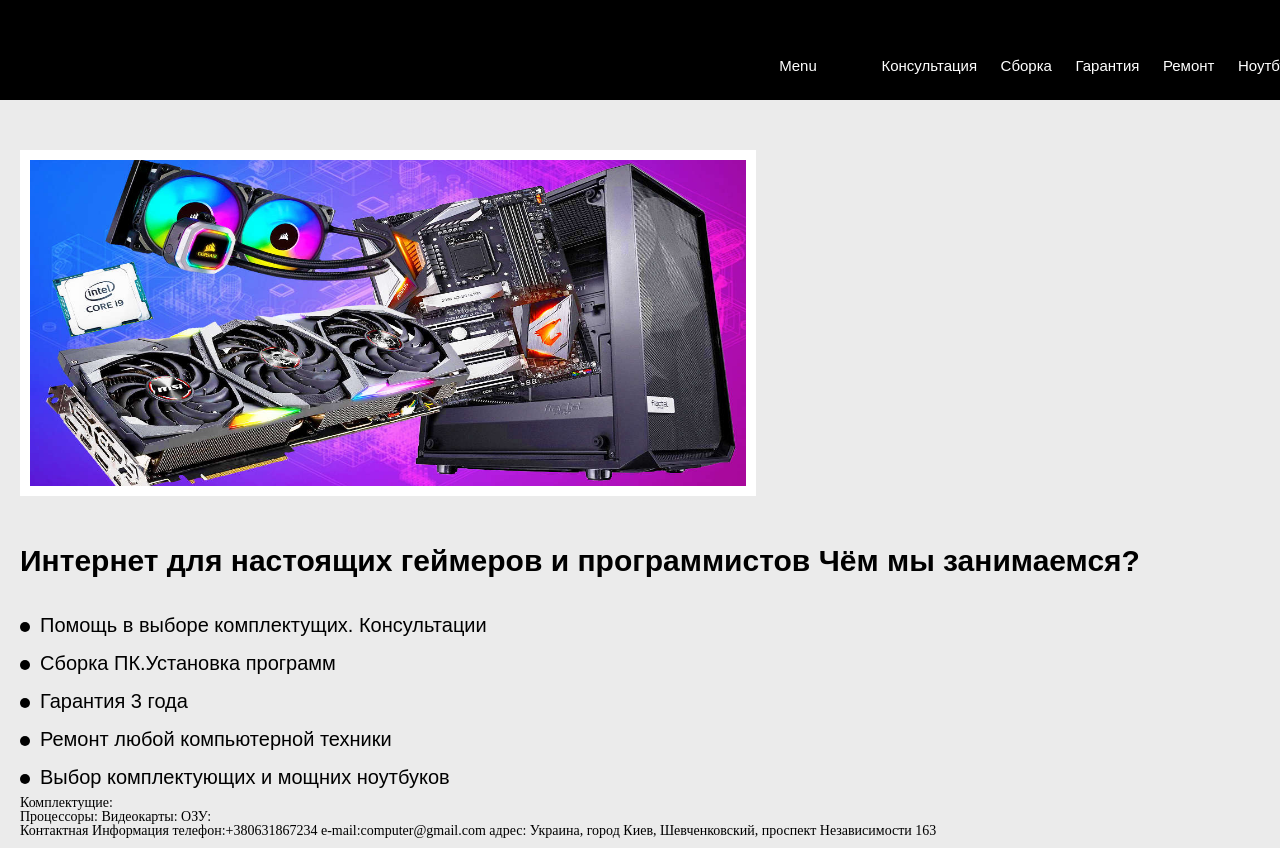
Repository: Bohdan-Sandovenko/First-Project-Flex
Page: index.html
The author's editor kept a copy of each file at every save. The page is drawn from the files as they stood at one save, then again after the next save.
The browser window is 1280 px wide. The pictures show the whole page.
The style sheet was rebuilt from its Sass, Less or Tailwind sources for each picture, by a compiler version that may differ from the author's.

Above is the page before, as saved 2024-07-26 23:51:39.

After the next save:
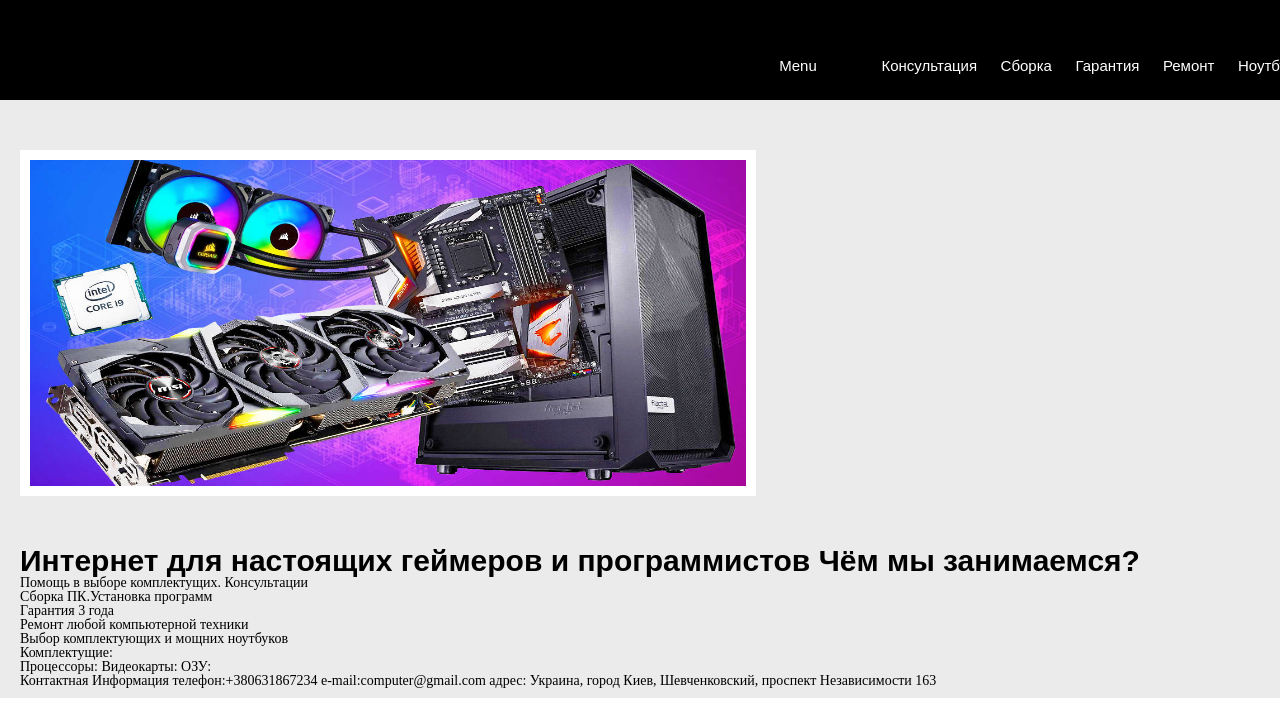
Saved 5 s later.
--- a/index.html
+++ b/index.html
@@ -24,7 +24,7 @@
             </div>
             <span class="content-top-text-inside">Интернет для настоящих геймеров и программистов
             Чём мы занимаемся?</span>
-            <ul class="content-top-list">
+            <ul class="">
                 <li>Помощь в выборе комплектущих. Консультации</li>
                 <li>Сборка ПК.Установка программ</li>
                 <li>Гарантия 3 года</li>

After the save that followed:
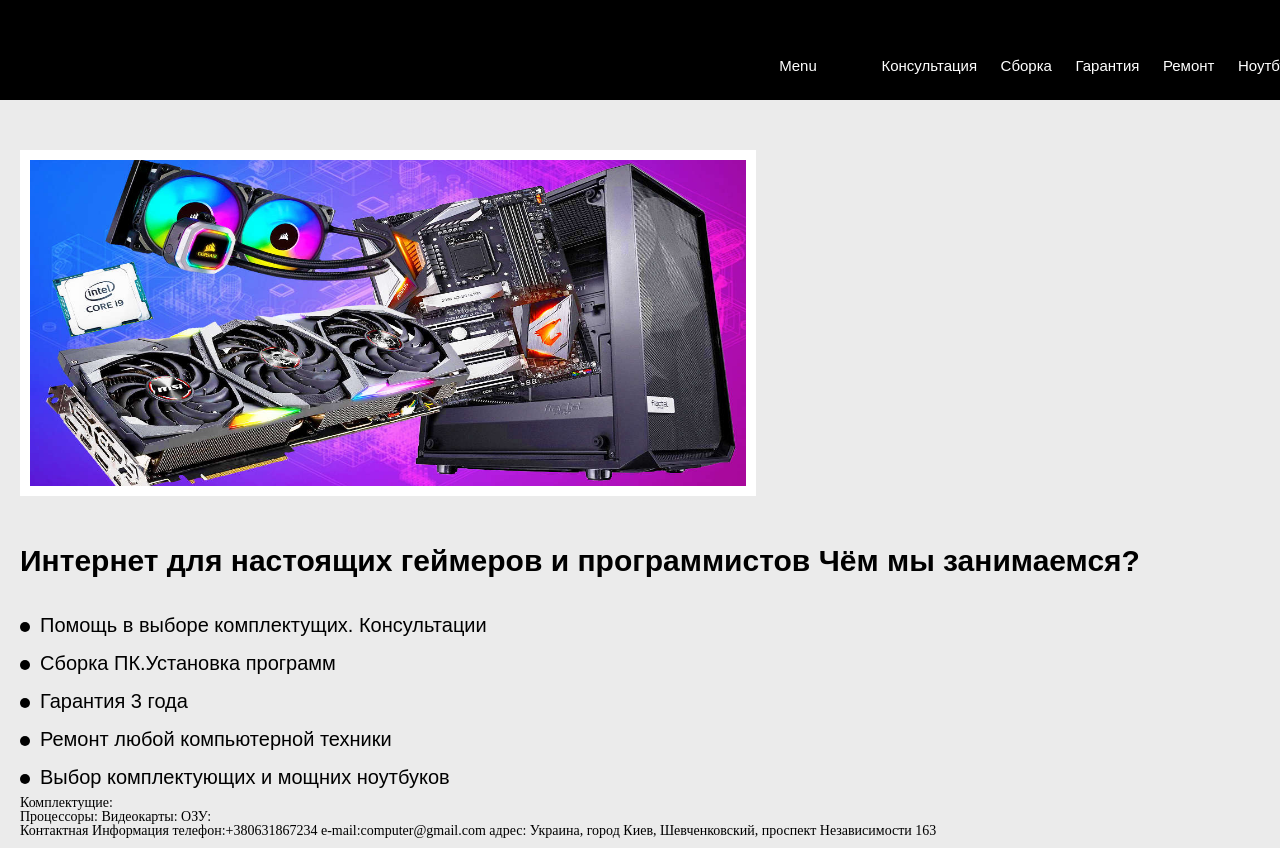
Saved 58 s later.
--- a/index.html
+++ b/index.html
@@ -24,7 +24,7 @@
             </div>
             <span class="content-top-text-inside">Интернет для настоящих геймеров и программистов
             Чём мы занимаемся?</span>
-            <ul class="">
+            <ul class="content-top-list">
                 <li>Помощь в выборе комплектущих. Консультации</li>
                 <li>Сборка ПК.Установка программ</li>
                 <li>Гарантия 3 года</li>
